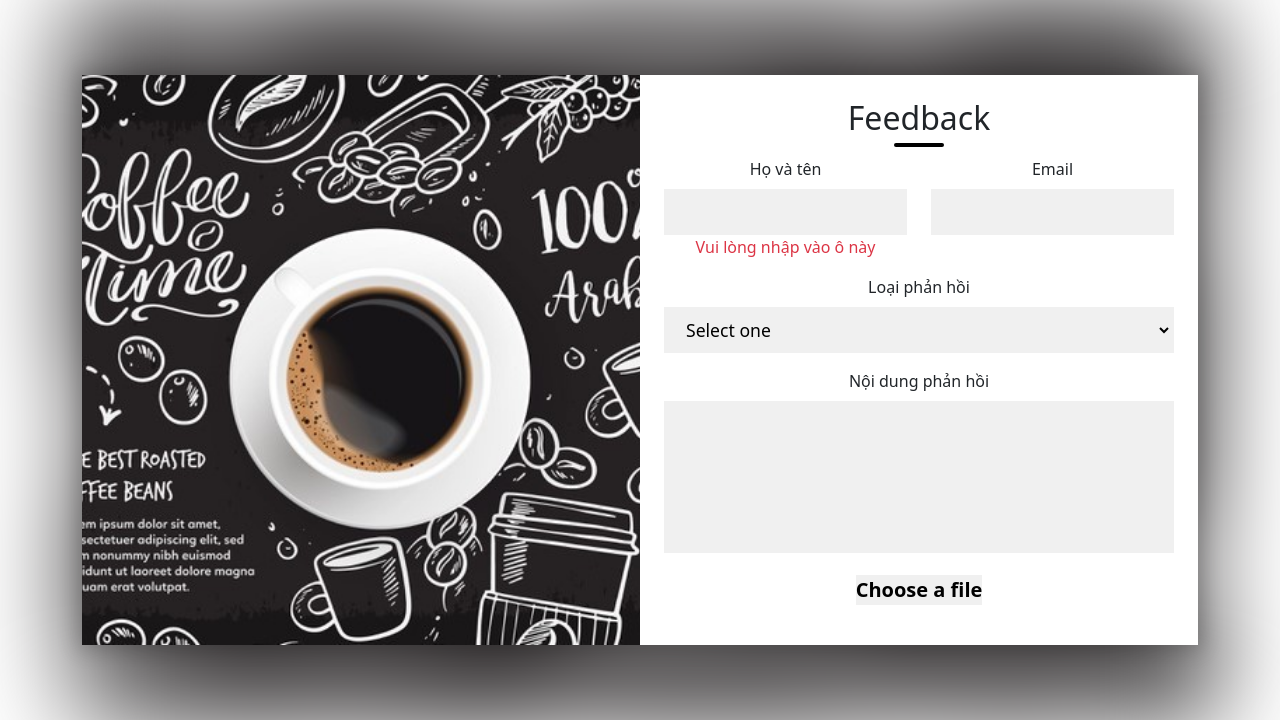
Repository: LeDongGyC/html-css
Page: HTML CSS/prototype/index.html
These files come from the project's save history. The page is drawn as it stood at one moment and after a run of saves; the edit follows.
The browser window is 1280 px wide. The pictures show the whole page.
The style sheet was rebuilt from its Sass, Less or Tailwind sources for each picture, by a compiler version that may differ from the author's.

Above is the page before, as saved 2023-05-24 10:43:32.

After the next 3 saves:
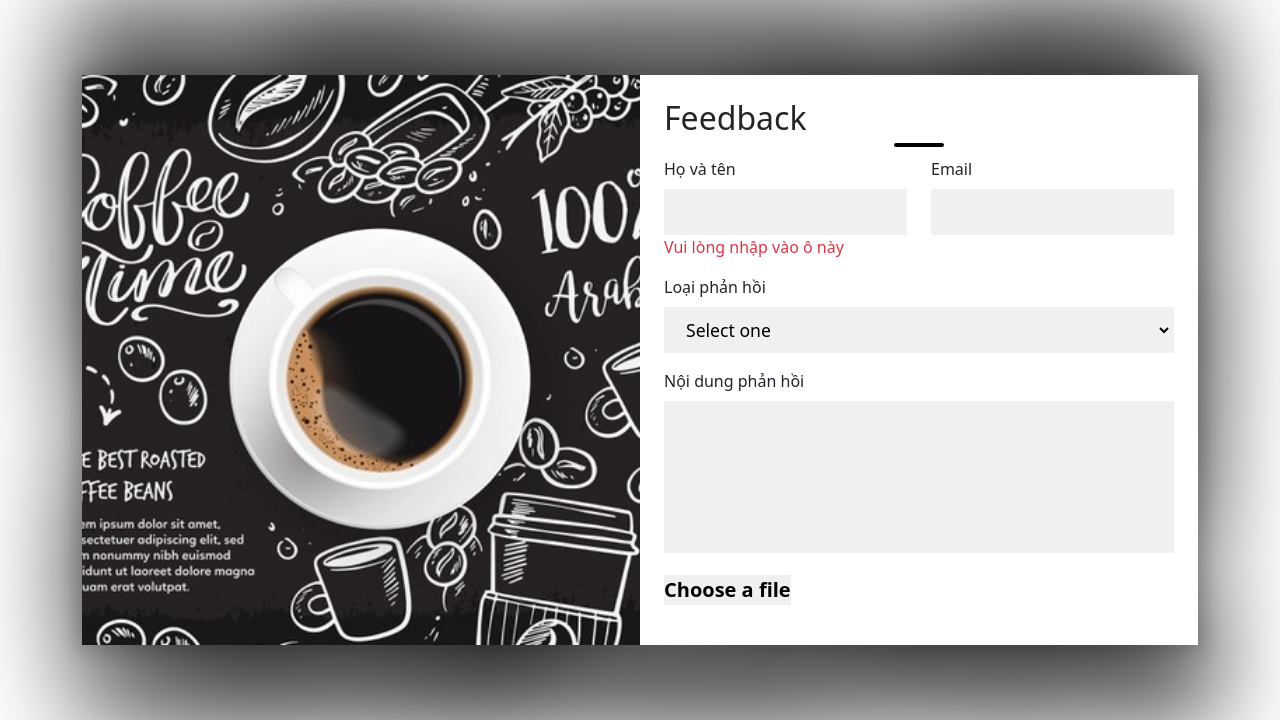
The 3 saves are shown as one change because they came seconds apart.
The last was saved 3 min 14 s later.
--- a/HTML CSS/prototype/style.scss
+++ b/HTML CSS/prototype/style.scss
@@ -39,8 +39,8 @@ body {
   display: grid;
   grid-template-columns: repeat(2, 1fr);
   justify-content: center;
-  align-items: center;
-  text-align: center;
+  // align-items: center;
+  // text-align: center;
   background-color: #fff;
   box-shadow: 0px 0px 19px 5px rgba(0, 0, 0, 0.19);
   &_left {
